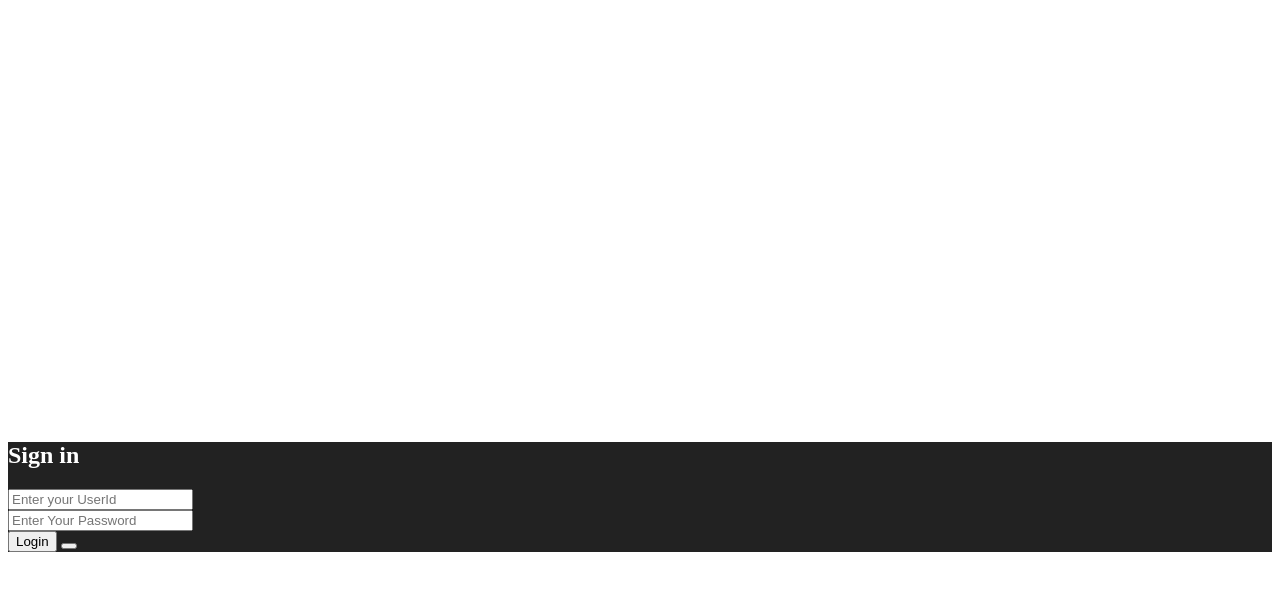
Repository: Abinayasivapraba/Project2
Page: ChatZoneFE/WebContent/User/Login.html
The author's editor kept a copy of each file at every save. The page is drawn from the files as they stood at one save, then again after the next save.
The browser window is 1280 px wide. The pictures show the whole page.

Above is the page before, as saved 2017-06-03 01:39:21.

### ChatZoneFE/WebContent/User/Login.html
<!DOCTYPE html>
<html>
<head>
<meta charset="ISO-8859-1">
<title>Login</title>
<style>
.container-login
{
    margin-top: 35%;
}

#panel-login{
    background-color: #222;
    border: black;
}

#logo {
    font-size: 36px;
    font-family:coolvetica;
    color: white;
    width: 115px;

}

#title-login
{
    color: white;
}

#nav{
    background-color: #222;
}

</style>
</head>
<body>
<div ng-controller="UserController as ctrl">
<div class="container">
       <div class="row">
           <div class="col-xs-12 col-sm-3 col-md-3 col-lg-3"></div>
           <div class="col-xs-12 col-sm-6 col-md-6 col-lg-6">
               <div class="container-fluid container-login">
                   <div class="panel panel-default" id="panel-login">
                       <div class="panel-body">
                           <h2 id="title-login">Sign in</h2>
                            <form ng-submit="ctrl.login()" name="myForm" class="form-horizontal">
                               <div class="form-group">
                                   <input id="login-username" type="text" class="form-control" name="userid" ng-model="ctrl.user.id"  placeholder="Enter your UserId">
                               </div>
                               <div class="form-group">
                                   <input id="login-password" type="password" class="form-control" name="password" ng-model="ctrl.user.password"  placeholder="Enter Your Password">

                               </div>
                               <button type="submit" class="btn btn-success">Login</button>
                               <button type="register" class="btn btn-default"></button>
                           </form>
                       </div>
                   </div>
               </div>
           </div>
           <div class="col-xs-12 col-sm-3 col-md-3 col-lg-3"></div>
       </div>
       </div>

    </div>
</body>
</html>

After the next save:
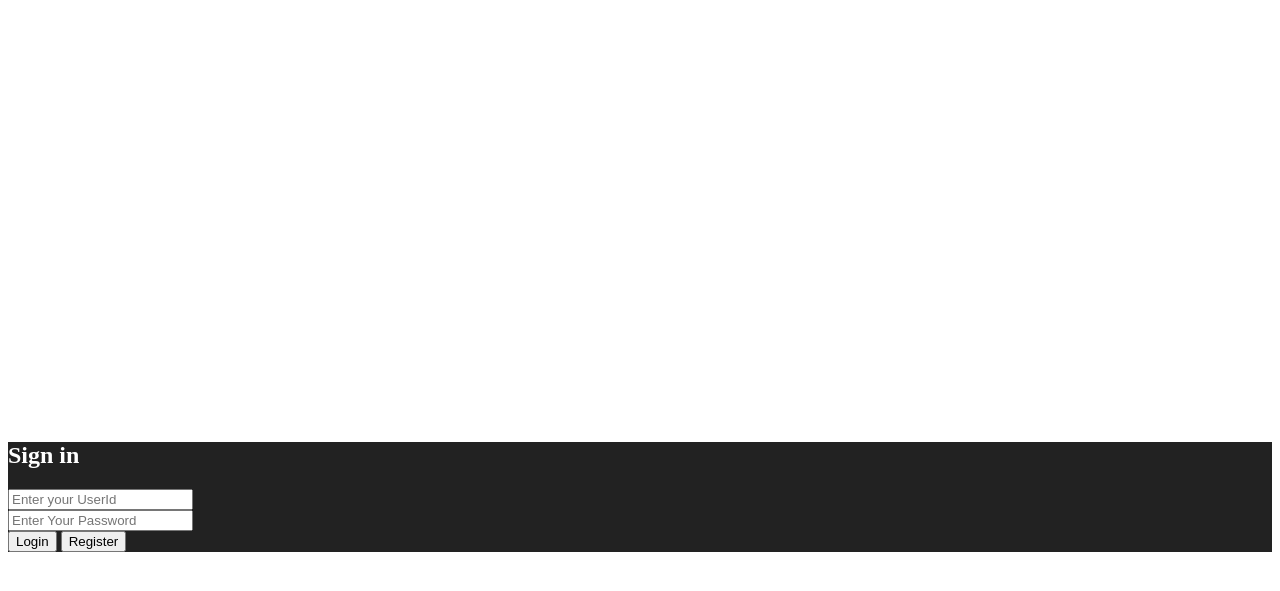
Saved 8 min 44 s later.
--- a/ChatZoneFE/WebContent/User/Login.html
+++ b/ChatZoneFE/WebContent/User/Login.html
@@ -52,7 +52,7 @@
 
                                </div>
                                <button type="submit" class="btn btn-success">Login</button>
-                               <button type="register" class="btn btn-default"></button>
+                               <button type="reset" class="btn btn-info">Register</button>
                            </form>
                        </div>
                    </div>
